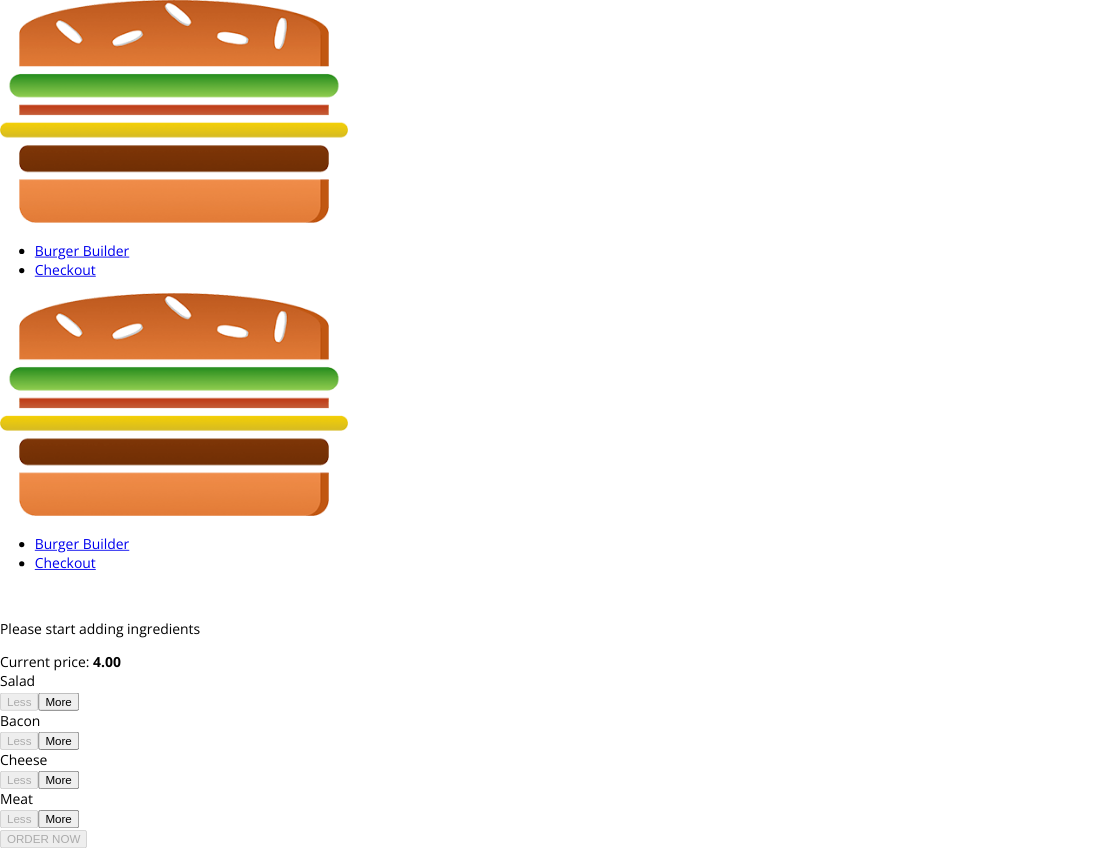
Repository: dunbom6612/burger-builder-app
Page: /
The author's editor kept a copy of each file at every save. The page is drawn from the files as they stood at one save, then again after the next save.
The browser window is 1280 px wide. The pictures show the whole page, at 87% of full size.
The project was rebuilt for these pictures with package versions that can differ from the ones it lists, and the page was loaded fresh each time. Also part of the build but not shown: src/components/Layout/Layout.css, src/components/Navigation/Toolbar/Toolbar.css, src/components/Logo/Logo.css, src/components/Navigation/NavigationItems/NavigationItems.css, src/components/Navigation/NavigationItems/NavigationItem/NavigationItem.css, src/components/Navigation/SideDrawer/DrawerToogle/DrawerToogle.css, src/components/Navigation/SideDrawer/SideDrawer.css, src/components/UI/Backdrop/Backdrop.css and 11 more.

Above is the page before, as saved 2020-08-16 20:16:27.

After the next save:
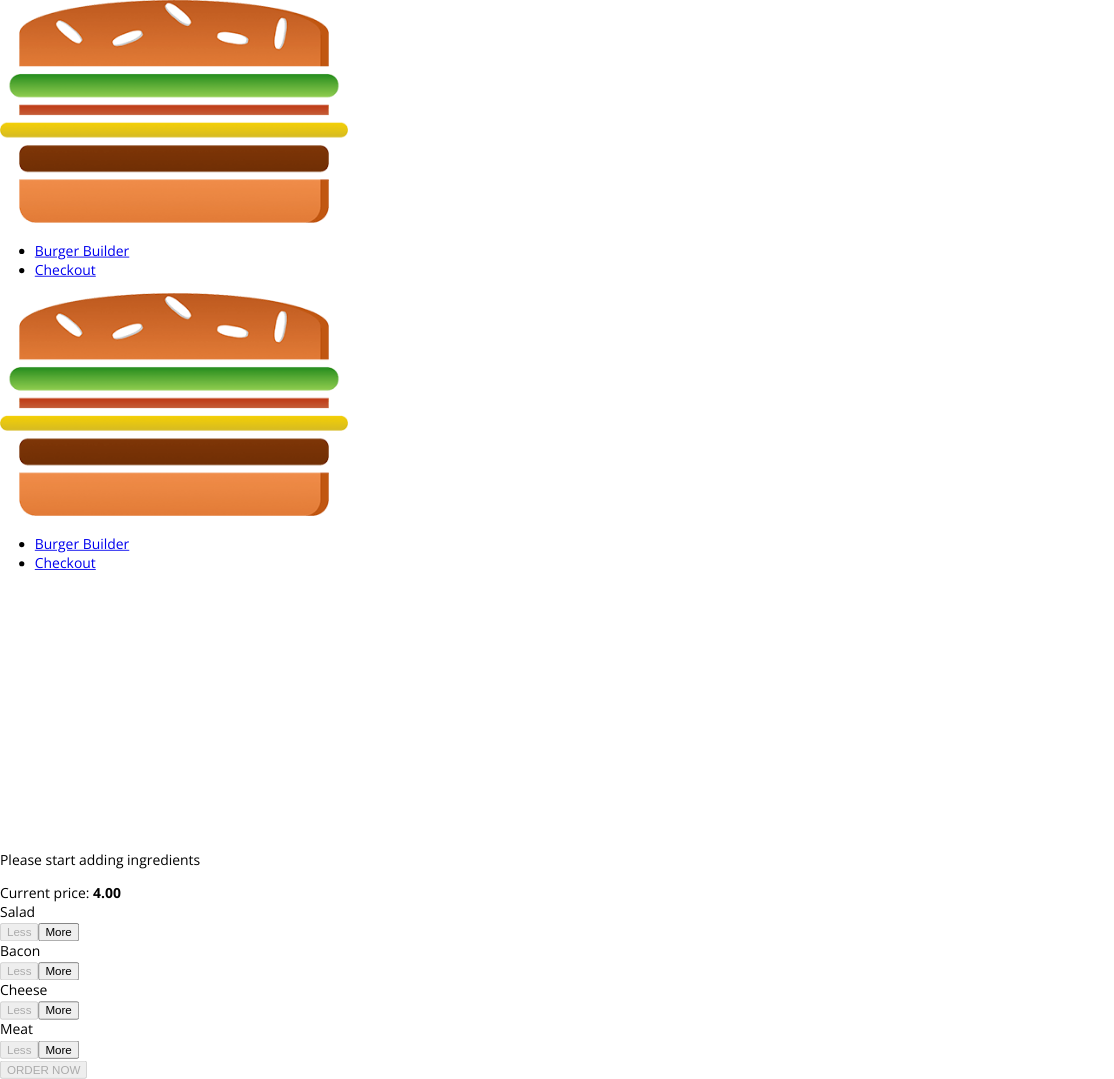
Saved 3 min 2 s later.
--- a/src/containers/BurgerBuilder/BurgerBuilder.js
+++ b/src/containers/BurgerBuilder/BurgerBuilder.js
@@ -1,11 +1,10 @@
 import React, { Component } from "react";
+import {connect} from 'react-redux';
 import Aux from "../../hoc/_Aux";
 import Burger from "../../components/Burger/Burger";
 import BuildControls from "../../components/BuildControls/BuildControls";
 import Modal from "../../components/UI/Modal/Modal";
 import OrderSummary from "../../components/Burger/OrderSummary/OrderSummary";
-import axios from "../../axios-orders";
-import withErrorHandler from '../../hoc/withErrorHandler/withErrorHandler'
 import Spinner from "../../components/UI/Spinner/Spinner";
 
 const INGREDIENT_PRICES = {
@@ -25,7 +24,7 @@ class BurgerBuilder extends Component {
     totalPrice: 4,
     purchasable: false,
     purchasing: false,
-    loading: true,
+    loading: false,
   };
 
   updatePurchaseState(ingredients) {
@@ -83,12 +82,20 @@ class BurgerBuilder extends Component {
 
   purchaseContinueHandler = () => {
     alert("You continue!");
-    const orders = {};
-    axios
-      .post("/orders.json", orders)
-      .then((response) => this.setState({ loading: false}))
-      .catch((error) => this.setState({ loading: false}));
-    this.props.history.push("/checkout");
+    const queryParams = [];
+    for (let i in this.state.ingredients) {
+      queryParams.push(
+        encodeURIComponent(i) +
+          "=" +
+          encodeURIComponent(this.state.ingredients[i])
+      );
+    }
+    queryParams.push('price=' + this.state.totalPrice);
+    const queryString = queryParams.join('&');
+    this.props.history.push({
+      pathname: "/checkout",
+      search: "?"+ queryString
+    });
   };
 
   render() {
@@ -98,6 +105,7 @@ class BurgerBuilder extends Component {
     for (let key in disabledInfo) {
       disabledInfo[key] = disabledInfo[key] <= 0;
     }
+
     let orderSummary = (
       <OrderSummary
         ingredients={this.state.ingredients}
